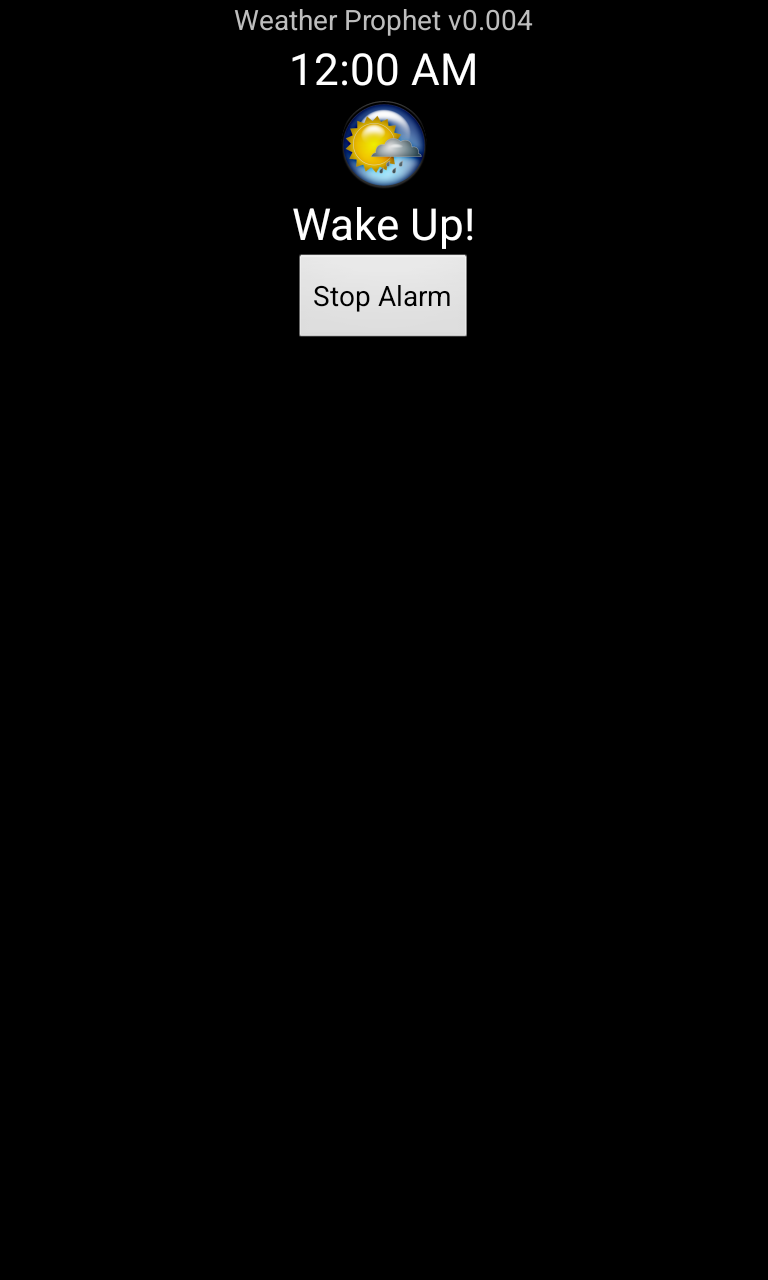
Repository: kaleidos/Weather-Prophet
Layout: android/WeatherProphet/res/layout/showalarm.xml
These files come from the project's save history. The layout is drawn as it stood at one moment and after the next save; the edit follows.
It is drawn on a 768 x 1280 px phone screen (xhdpi) without system bars, with theme android:Theme; the app's code is not run.

Above is the layout before, as saved 2011-12-15 16:56:50.

### android/WeatherProphet/res/layout/showalarm.xml
<?xml version="1.0" encoding="utf-8"?>
<LinearLayout xmlns:android="http://schemas.android.com/apk/res/android"
    android:layout_width="fill_parent"
    android:layout_height="fill_parent"
    android:gravity="center_horizontal"
    android:orientation="vertical" >

    <TextView
        android:layout_width="wrap_content"
        android:layout_height="wrap_content"
        android:text="@string/hello" />

    <DigitalClock
        android:id="@+id/digitalClock1"
        android:layout_width="wrap_content"
        android:layout_height="wrap_content"
        android:text="DigitalClock"
        android:textAppearance="?android:attr/textAppearanceLarge"/>

    <ImageView
        android:id="@+id/imageView1"
        android:layout_width="wrap_content"
        android:layout_height="wrap_content"
        android:src="@drawable/ic_weather_prophet" />

    <TextView
        android:id="@+id/textView1"
        android:layout_width="wrap_content"
        android:layout_height="wrap_content"
        android:text="@string/wake_up"
        android:textAppearance="?android:attr/textAppearanceLarge" />
    <Button
        android:id="@+id/button1"
        android:layout_width="wrap_content"
        android:layout_height="wrap_content"
        android:text="@string/stop_alarm"
        android:onClick="stopAlarm"
         />

</LinearLayout>

### android/WeatherProphet/res/values/strings.xml
<?xml version="1.0" encoding="utf-8"?>
<resources>

    <string name="hello">Weather Prophet v0.004</string>
    <string name="app_name">WeatherProphet</string>
    <string name="wake_up">Wake Up!</string>
    <string name="stop_alarm">Stop Alarm</string>
    <string name="base_hour">Set your wake up hour</string>
    <string name="time_offset">Set offset</string>
    <string name="minutes">5</string>
    <string name="activate">Activate Wake Up Call</string>
    <string name="save">Save Preferences</string>
    <string name="notification">Show notification icon</string>
    <string name="login">Log In</string>
    <string name="username">User name</string>
    <string name="password">Password</string>
    <string name="submit">Submit</string>
    <string name="rainalarm">Rain Alarm</string>
    <string name="activaterainalarm">Activate Rain Alarm</string>
    <string name="ifrain">If rain probability is higer than</string>
    <string name="wakeme">Wake me earlier</string>
    <string name="morning">Morning</string>
    <string name="evening">Evening</string>
    <string name="night">Night</string>
    <string name="sendmail">Send me an email the day before</string>

</resources>

After the next save:
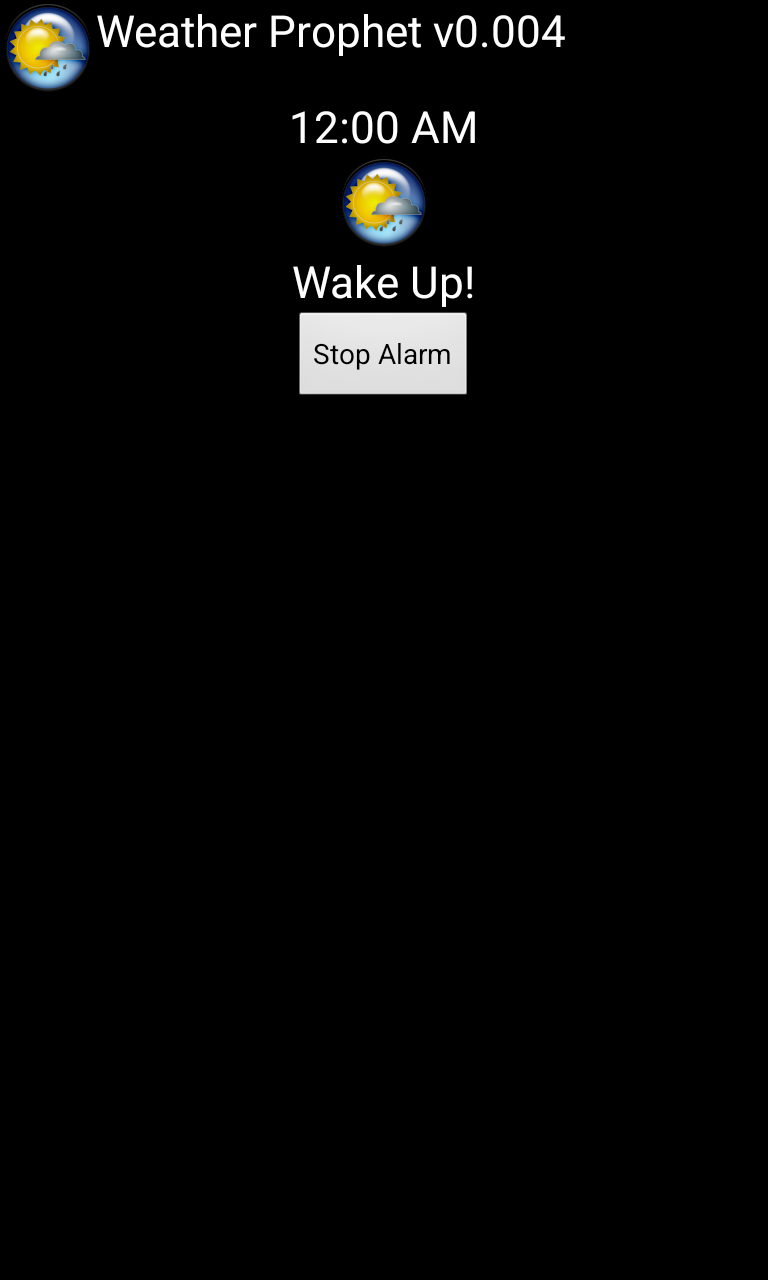
Saved 15 s later.
--- a/android/WeatherProphet/res/layout/showalarm.xml
+++ b/android/WeatherProphet/res/layout/showalarm.xml
@@ -5,10 +5,24 @@
     android:gravity="center_horizontal"
     android:orientation="vertical" >
 
-    <TextView
-        android:layout_width="wrap_content"
-        android:layout_height="wrap_content"
-        android:text="@string/hello" />
+    <LinearLayout
+            android:layout_width="fill_parent"
+            android:layout_height="wrap_content"
+            android:gravity="fill_horizontal" >
+
+            <ImageView
+                android:id="@+id/imageView1"
+                android:layout_width="wrap_content"
+                android:layout_height="wrap_content"
+                android:src="@drawable/ic_weather_prophet"
+                android:textAppearance="?android:attr/textAppearanceMedium" />
+
+            <TextView
+                android:layout_width="fill_parent"
+                android:layout_height="wrap_content"
+                android:text="@string/hello"
+                android:textAppearance="?android:attr/textAppearanceLarge" />
+        </LinearLayout>
 
     <DigitalClock
         android:id="@+id/digitalClock1"
